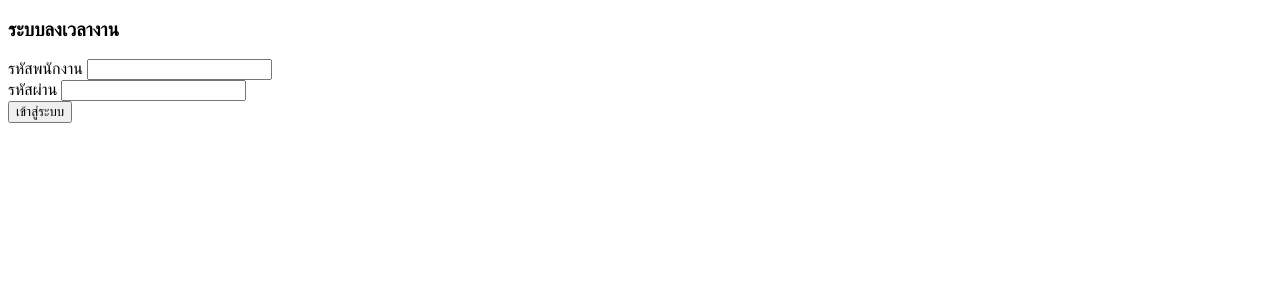
Repository: Jatuphonezyxx007/nice-project
Page: http://localhost/
These files come from the project's save history. The page is drawn as it stood at one moment and after the next save; the edit follows.
The browser window is 1280 px wide. The pictures show the whole page.
The page is run by PHP 8.4 with error messages shown; the project is at /var/www/html/. Queries for data that is not in the repository find no rows.

Above is the page before, as saved 2025-11-09 03:10:21.

After the next save:
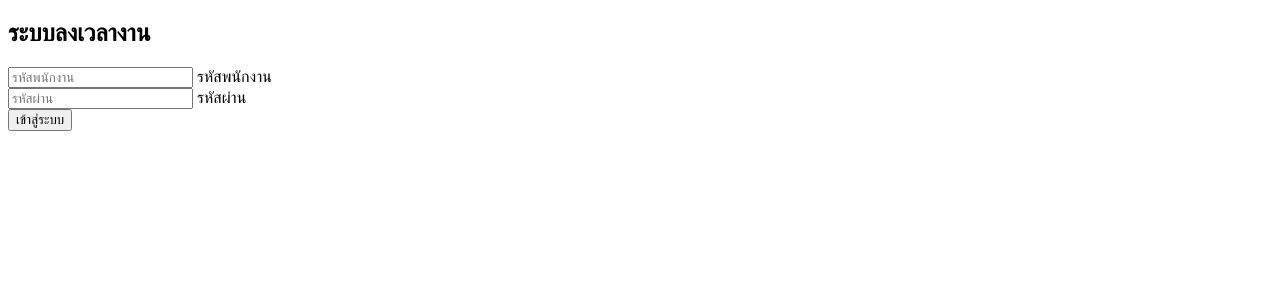
Saved 3 min 43 s later.
--- a/index.php
+++ b/index.php
@@ -102,32 +102,62 @@ $conn->close();
 <html lang="th">
 <head>
     </head>
-<body>
-    <div class="container vh-100 d-flex justify-content-center align-items-center">
-        <div class="login-container p-4 shadow-sm bg-white rounded">
-            <h3 class="text-center mb-4">ระบบลงเวลางาน</h3>
+<body class="d-flex vh-100 align-items-center justify-content-center">
 
-            <?php if ($error_message): ?>
-                <div class="alert alert-danger"><?php echo $error_message; ?></div>
-            <?php endif; ?>
+    <div class="container">
+        <div class="row justify-content-center">
+            <div class="col-md-6 col-lg-5 col-xl-4">
 
-            <form method="POST" action="index.php">
-                <div class="mb-3">
-                    <label for="employee_id" class="form-label">รหัสพนักงาน</label>
-                    <input type="text" class="form-control" id="employee_id" name="employee_id" required
-                           <?php if ($is_blocked) echo 'disabled'; // (ใหม่) ปิดช่องถ้าถูกบล็อก ?>>
+                <div class="card shadow-lg border-0 rounded-4">
+
+                    <div class="card-body p-4 p-sm-5">
+
+                        <div class="text-center mb-4">
+                            <i class="bi bi-clock-history display-4 text-primary"></i>
+                            <h2 class="h4 fw-bold mt-3 mb-0">ระบบลงเวลางาน</h2>
+                        </div>
+
+                        <?php if (isset($error_message) && $error_message): ?>
+                            <div class="alert alert-danger"><?php echo $error_message; ?></div>
+                        <?php endif; ?>
+
+                        <form method="POST" action="index.php">
+
+                            <div class="input-group mb-3">
+                                <span class="input-group-text bg-light border-end-0">
+                                    <i class="bi bi-person-badge"></i>
+                                </span>
+                                <div class="form-floating">
+                                    <input type="text" class="form-control border-start-0" id="employee_id" name="employee_id" placeholder="รหัสพนักงาน" required
+                                           <?php if (isset($is_blocked) && $is_blocked) echo 'disabled'; ?>>
+                                    <label for="employee_id">รหัสพนักงาน</label>
+                                </div>
+                            </div>
+
+                            <div class="input-group mb-4">
+                                <span class="input-group-text bg-light border-end-0">
+                                    <i class="bi bi-shield-lock"></i>
+                                </span>
+                                <div class="form-floating">
+                                    <input type="password" class="form-control border-start-0" id="password" name="password" placeholder="รหัสผ่าน" required
+                                           <?php if (isset($is_blocked) && $is_blocked) echo 'disabled'; ?>>
+                                    <label for="password">รหัสผ่าน</label>
+                                </div>
+                            </div>
+
+                            <button type="submit" class="btn btn-primary btn-lg w-100 shadow-sm"
+                                    <?php if (isset($is_blocked) && $is_blocked) echo 'disabled'; ?>>
+                                <i class="bi bi-box-arrow-in-right me-2"></i>
+                                เข้าสู่ระบบ
+                            </button>
+
+                        </form>
+                    </div>
                 </div>
-                <div class="mb-3">
-                    <label for="password" class="form-label">รหัสผ่าน</label>
-                    <input type="password" class="form-control" id="password" name="password" required
-                           <?php if ($is_blocked) echo 'disabled'; // (ใหม่) ปิดช่องถ้าถูกบล็อก ?>>
-                </div>
-                <button type="submit" class="btn btn-primary w-100"
-                        <?php if ($is_blocked) echo 'disabled'; // (ใหม่) ปิดปุ่มถ้าถูกบล็อก ?>>
-                    เข้าสู่ระบบ
-                </button>
-            </form>
+            </div>
         </div>
     </div>
-    </body>
+
+    <script src="https://cdn.jsdelivr.net/npm/bootstrap@5.3.3/dist/js/bootstrap.bundle.min.js"></script>
+</body>
 </html>
